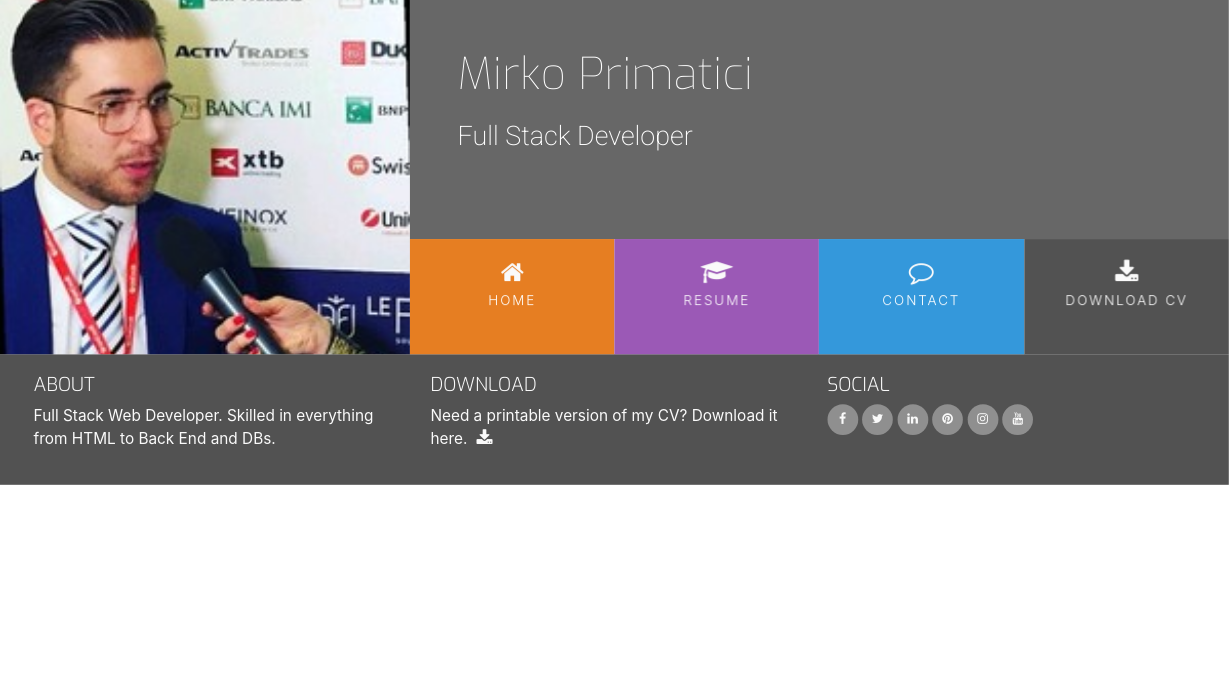
Repository: mirkoprimaticix/Resume
Page: index.html
The author's editor kept a record of every edit. The page is drawn from the files as they stood at one moment, then again after the next edit.
The browser window is 1280 px wide. The pictures show the whole page, at 96% of full size.
Some web libraries are served in a nearby version.

Above is the page before.
Console error: TypeError: Cannot read properties of undefined (reading 'fn')

After the next edit:
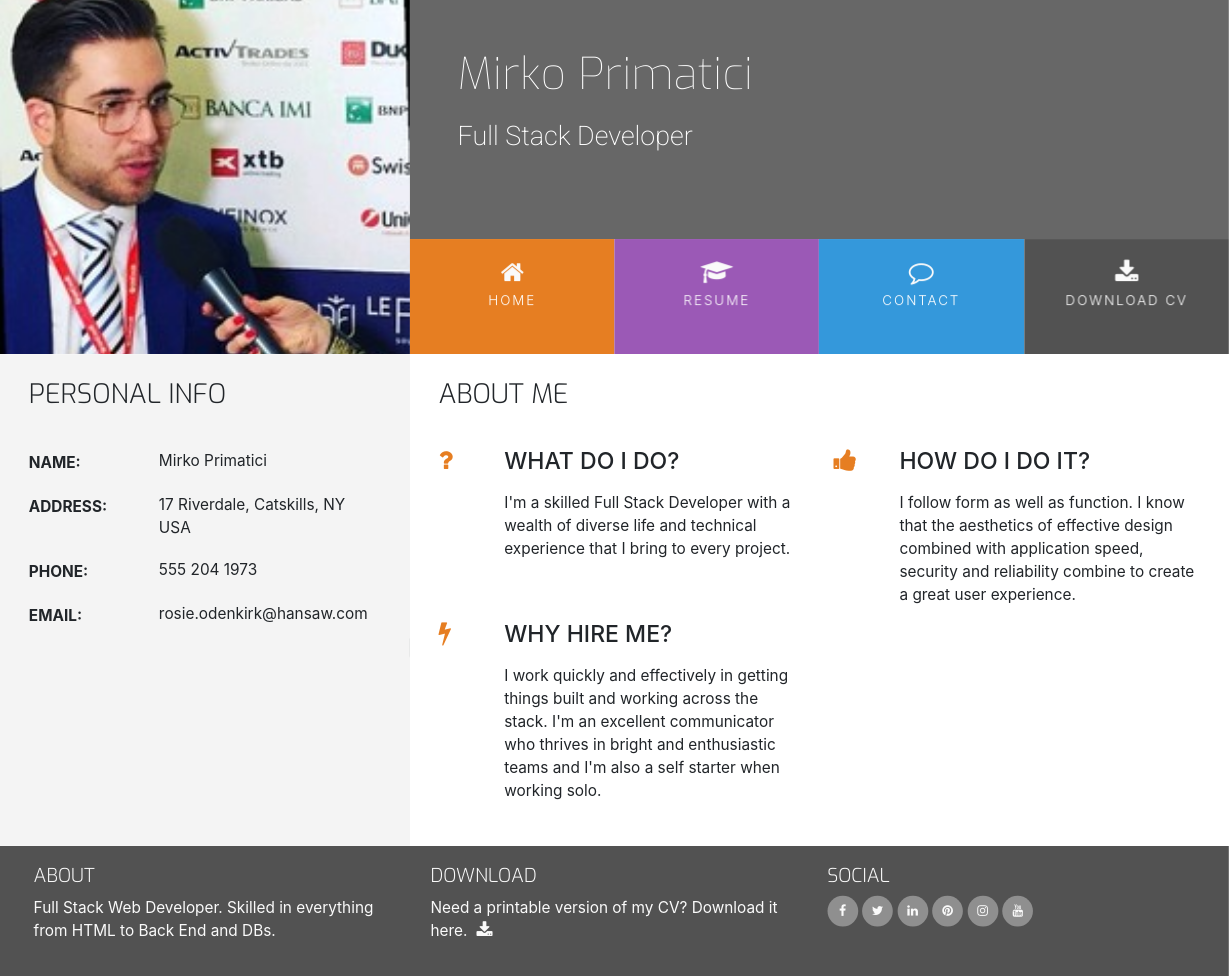
The edit:
--- a/index.html
+++ b/index.html
@@ -45,7 +45,114 @@
             </div>
         </div>
     </header>
-    <section>
+    <section class="container-fluid">
+        <div class="row">
+            <div class="col-md-4 bg-color-personal-info section-column">
+                <div class="row">
+                    <div class="col-12">
+                        <h3 class="section-heading uppercase">
+                            Personal Info
+                        </h3>
+                    </div>
+                </div>
+                <div class="personal-info-item">
+                    <div class="key">
+                        <p class="uppercase">
+                            Name:
+                        </p>
+                    </div>
+                    <div class="value">
+                        <p>
+                            Mirko Primatici
+                        </p>
+                    </div>
+                </div>
+                <div class="personal-info-item">
+                    <div class="key">
+                        <p class="uppercase">
+                            Address:
+                        </p>
+                    </div>
+                    <div class="value">
+                        <p>
+                            17 Riverdale, Catskills, NY USA
+                        </p>
+                    </div>
+                </div>
+                <div class="personal-info-item">
+                    <div class="key">
+                        <p class="uppercase">
+                            Phone:
+                        </p>
+                    </div>
+                    <div class="value">
+                        <p>
+                            555 204 1973
+                        </p>
+                    </div>
+                </div>
+                <div class="personal-info-item">
+                    <div class="key">
+                        <p class="uppercase">
+                            Email:
+                        </p>
+                    </div>
+                    <div class="value">
+                        <p>
+                            rosie.odenkirk@hansaw.com
+                        </p>
+                    </div>
+                </div>
+            </div>
+            <div class="col-md-8 bg-color-three-reasons section-column">
+                <div class="row">
+                    <div class="col">
+                        <h3 class="section-heading uppercase">About Me</h3>
+                    </div>
+                </div>
+                <div class="row">
+                    <div class="col-10 offset-1 offset-sm-0 col-sm-4 col-md-6">
+                        <div class="row">
+                            <div class="col-2">
+                                <i class="three-reasons-icon fa fa-question" aria-hidden="true"></i>
+                            </div>
+                            <div class="col-10">
+                                <h4 class="three-reasons-heading uppercase">What do I do?</h4>
+                                <p>
+                                    I'm a skilled Full Stack Developer with a wealth of diverse life and technical experience that I bring to every project.
+                                </p>
+                            </div>
+                        </div>
+                    </div>
+                    <div class="col-10 offset-1 offset-sm-0 col-sm-4 col-md-6">
+                        <div class="row">
+                            <div class="col-2">
+                                <i class="three-reasons-icon fa fa-thumbs-up" aria-hidden="true"></i>
+                            </div>
+                            <div class="col-10">
+                                <h4 class="three-reasons-heading uppercase">How do I do it?</h4>
+                                <p>
+                                    I follow form as well as function. I know that the aesthetics of effective design combined with application speed, security and reliability combine to create a great user experience.
+                                </p>
+                            </div>
+                        </div>
+                    </div>
+                    <div class="col-10 offset-1 offset-sm-0 col-sm-4 col-md-6">
+                        <div class="row">
+                            <div class="col-2">
+                                <i class="three-reasons-icon fa fa-bolt" aria-hidden="true"></i>
+                            </div>
+                            <div class="col-10">
+                                <h4 class="three-reasons-heading uppercase">Why hire me?</h4>
+                                <p>
+                                    I work quickly and effectively in getting things built and working across the stack. I'm an excellent communicator who thrives in bright and enthusiastic teams and I'm also a self starter when working solo.
+                                </p>
+                            </div>
+                        </div>
+                    </div>
+                </div>
+            </div>
+        </div>
 
     </section>
     <footer class="container-fluid">
